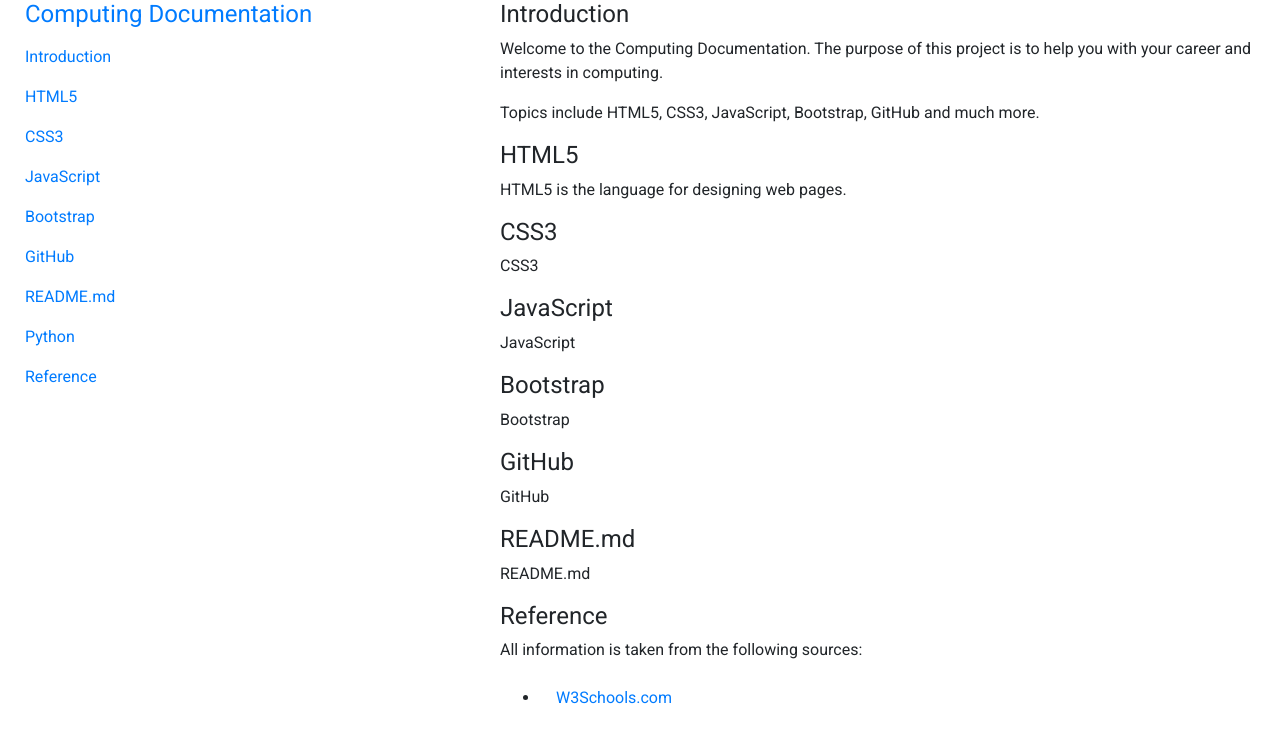
Repository: derektypist/technical-documentation-page
Page: index.html
The author's editor kept a record of every edit. The page is drawn from the files as they stood at one moment, then again after the next edit.
The browser window is 1280 px wide. The pictures show the whole page.

Above is the page before.

After the next edit:
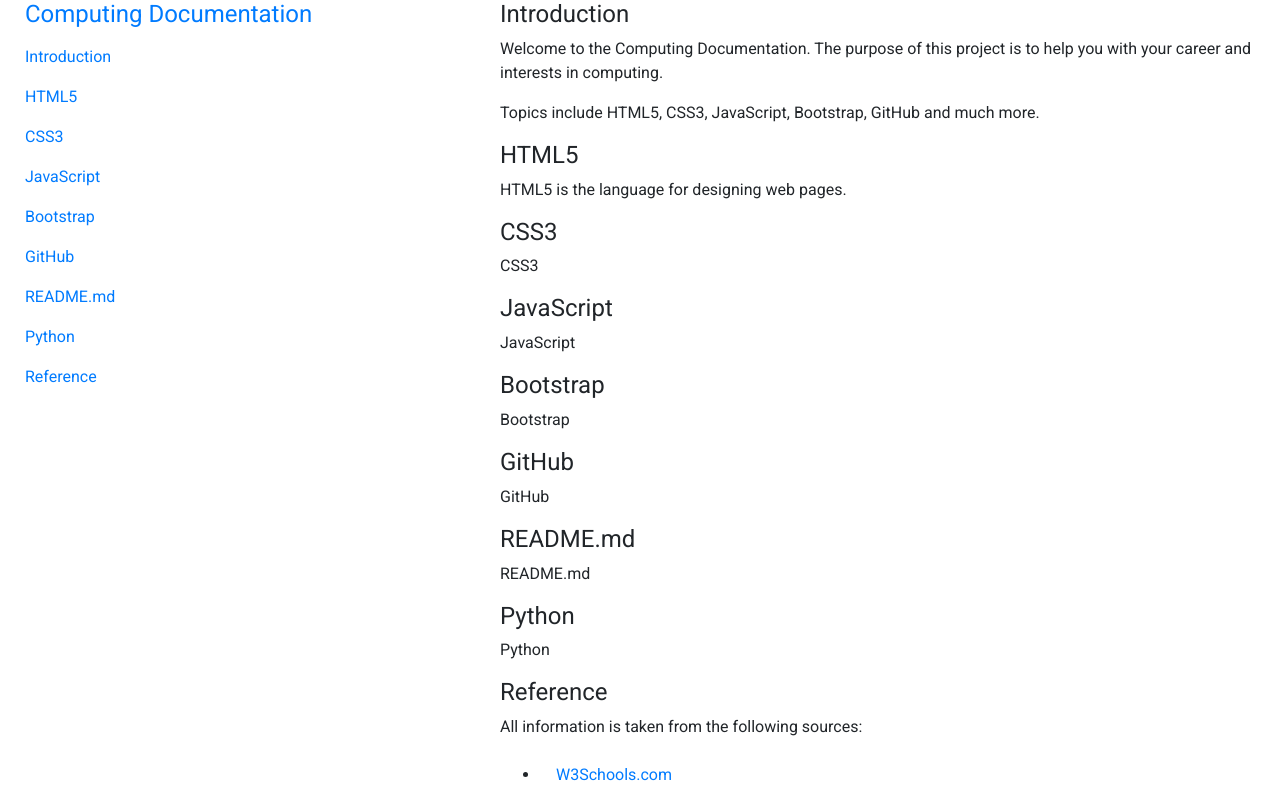
The edit:
--- a/index.html
+++ b/index.html
@@ -143,6 +143,15 @@
   </article>
 </section>
 
+<!-- Provide Section for Python -->
+<section class="main-section">
+  <header id="Python">
+    <h4>Python</h4>
+  </header>
+  <article>
+    <p>Python</p>
+  </article>
+</section>
 <!-- Provide Section for Reference -->
 <section class="main-section">
   <header id="Reference">
